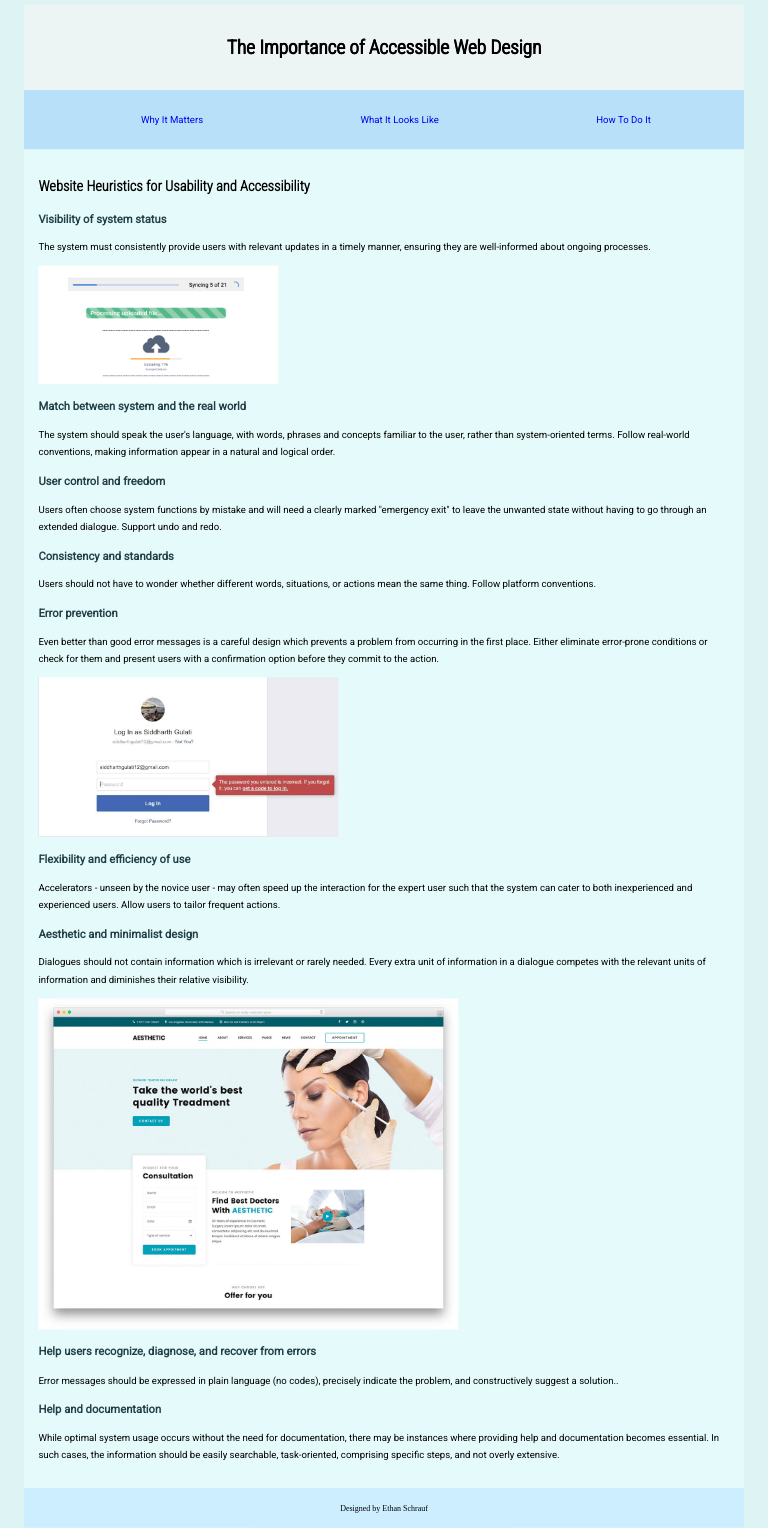
Repository: ethan-schrauf/UniversalDesignWebsite
Page: Final-Project/what.html
These files come from the project's save history. The page is drawn as it stood at one moment and after the next save; the edit follows.
The browser window is 1280 px wide. The pictures show the whole page, at 60% of full size.

Above is the page before, as saved 2023-11-25 03:47:49.

After the next save:
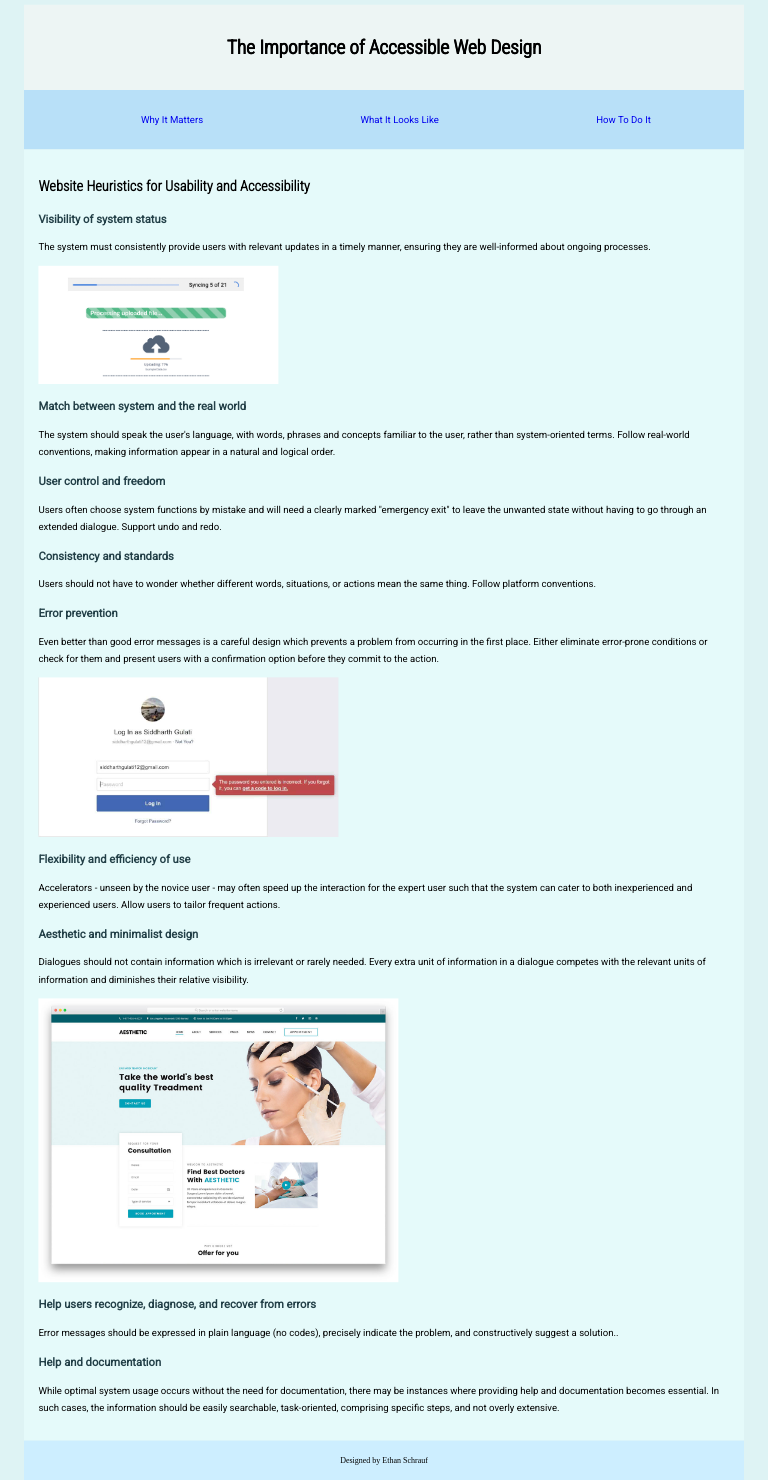
Saved 9 s later.
--- a/Final-Project/what.html
+++ b/Final-Project/what.html
@@ -42,7 +42,7 @@
       <p>Accelerators - unseen by the novice user - may often speed up the interaction for the expert user such that the system can cater to both inexperienced and experienced users. Allow users to tailor frequent actions.</p>
       <h3>Aesthetic and minimalist design</h3>
       <p>Dialogues should not contain information which is irrelevant or rarely needed. Every extra unit of information in a dialogue competes with the relevant units of information and diminishes their relative visibility.</p>
-      <img src="images/aesthetic-website.jpeg" alt="Image of an aesthetic pink website" style="width: 700px; height: auto;">
+      <img src="images/aesthetic-website.jpeg" alt="Image of an aesthetic pink website" style="width: 600px; height: auto;">
       <h3>Help users recognize, diagnose, and recover from errors</h3>
       <p>Error messages should be expressed in plain language (no codes), precisely indicate the problem, and constructively suggest a solution..</p>
       <h3>Help and documentation</h3>
